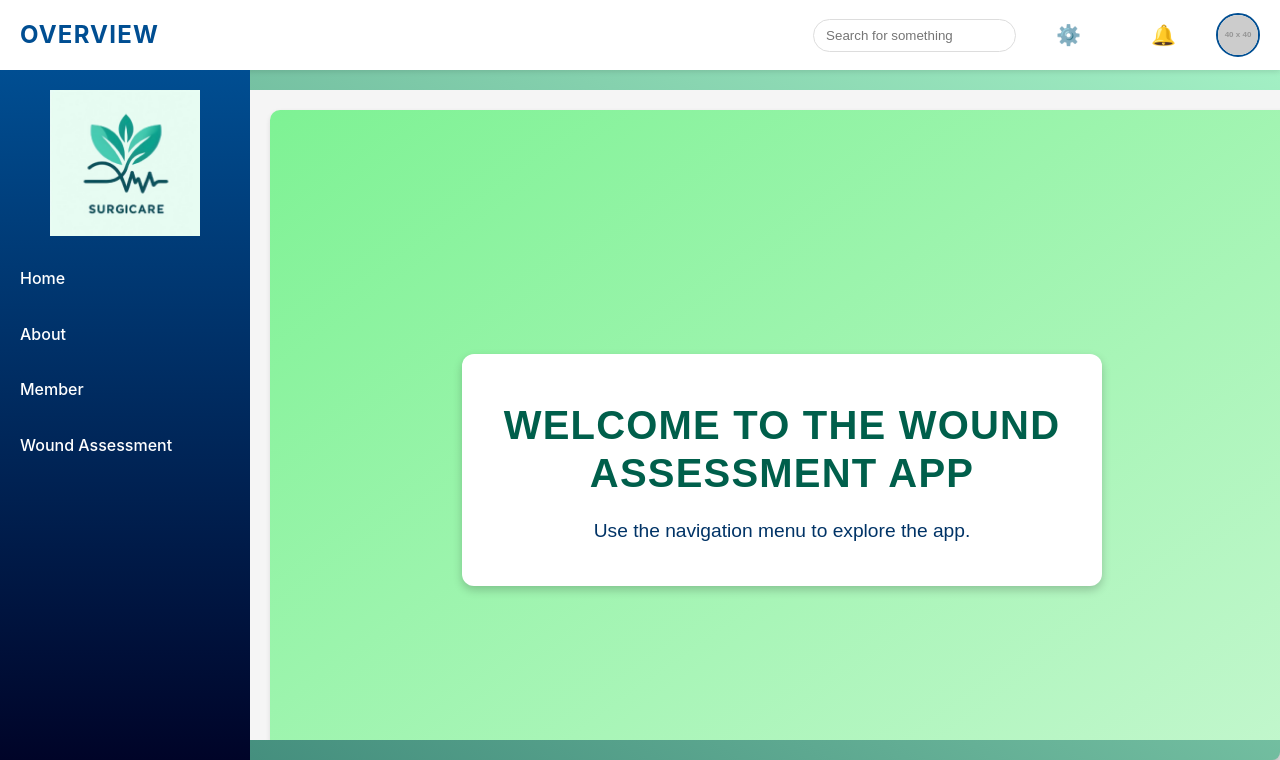
Repository: Jinwoo290350/Surgicare-Vue
Page: / (app in surgicare/)
The author's editor kept a copy of each file at every save. The page is drawn from the files as they stood at one save, then again after the next save.
The browser window is 1280 px wide. The pictures show the whole page.
The project was rebuilt for these pictures with package versions that can differ from the ones it lists, and the page was loaded fresh each time. Also part of the build but not shown: surgicare/vite.config.js, surgicare/src/views/About.vue, surgicare/src/views/Member.vue, surgicare/src/components/WoundAssessment.vue.

Above is the page before, as saved 2024-12-30 20:45:46.
Console error: TypeError: Cannot read properties of null (reading 'getContext')

### surgicare/index.html
<!doctype html>
<html lang="en">
  <head>
    <meta charset="UTF-8" />
    <link rel="icon" type="image/svg+xml" href="/vite.svg" />
    <meta name="viewport" content="width=device-width, initial-scale=1.0" />
    <title>Vite + Vue</title>
  </head>
  <body>
    <div id="app"></div>
    <script type="module" src="/src/main.js"></script>
  </script>
  <link href="https://fonts.googleapis.com/css2?family=Roboto:wght@400;500;700&display=swap" rel="stylesheet">

  <script type="text/javascript" src="./src/star.js"></script>
  </body>
</html>

### surgicare/src/main.js
import { createApp } from 'vue'
import './style.css'
import App from './App.vue'
import router from "./router";

createApp(App).use(router).mount("#app");

### surgicare/src/style.css
:root {
  font-family: Inter, system-ui, Avenir, Helvetica, Arial, sans-serif;
  line-height: 1.6;
  font-weight: 400;
  color-scheme: light dark;
  color: rgba(255, 255, 255, 0.87);
  background-color: #242424;
  font-synthesis: none;
  text-rendering: optimizeLegibility;
  -webkit-font-smoothing: antialiased;
  -moz-osx-font-smoothing: grayscale;
}

a {
  font-weight: 500;
  text-decoration: none;
  transition: color 0.3s ease-in-out;
}
a:hover {
  color: #4ca6a8; /* ใช้โทนสีเขียวฟ้าแทน */
}

body {
  margin: 0;
  display: flex;
  flex-direction: column;
  align-items: center;
  justify-content: center;
  min-width: 320px;
  min-height: 100vh;
  padding: 20px;
  background-color: #1e3c34;
  background-image: linear-gradient(to top right, #3a8476, #a8f5c8);
  background-repeat: no-repeat;
  border-radius: 8px;
  box-shadow: 0 8px 16px rgba(0, 0, 0, 0.4);
}

h1 {
  font-size: 3em;
  line-height: 1.2;
  color: #fff;
  text-transform: uppercase;
  letter-spacing: 1.2px;
  margin-bottom: 1em;
  transition: transform 0.3s ease-in-out;
}
h1:hover {
  transform: scale(1.1); /* เพิ่มเอฟเฟกต์ Hover */
}

button {
  border-radius: 10px;
  border: 2px solid transparent;
  padding: 0.8em 1.5em;
  font-size: 1em;
  font-weight: 600;
  background-color: #2a3f3b;
  color: #fff;
  cursor: pointer;
  transition: all 0.3s ease-in-out;
}
button:hover {
  border-color: #50c4b7;
  background-color: #344d47;
  transform: translateY(-3px);
}
button:focus,
button:focus-visible {
  outline: 4px solid #50c4b7;
}

.card {
  padding: 2.5em;
  background-color: #2e3d3a;
  border-radius: 12px;
  box-shadow: 0 6px 15px rgba(0, 0, 0, 0.5);
  transition: transform 0.3s ease-in-out, box-shadow 0.3s ease-in-out;
}
.card:hover {
  transform: translateY(-10px);
  box-shadow: 0 12px 20px rgba(0, 0, 0, 0.6);
}

#app {
  height: 100vh;
  width: 100vw;
  margin: 0;
  padding: 0;
  overflow: hidden;
}

/* Media Queries for Responsiveness */
@media (max-width: 768px) {
  body {
    padding: 15px;
  }

  h1 {
    font-size: 2.5em;
  }

  button {
    padding: 0.7em 1.2em;
    font-size: 0.95em;
  }

  .card {
    padding: 2em;
  }

  #app {
    padding: 1.5rem;
  }
}

@media (max-width: 480px) {
  h1 {
    font-size: 2em;
  }

  button {
    padding: 0.5em 1em;
    font-size: 0.9em;
  }

  .card {
    padding: 1.5em;
  }
}

/* Light Mode Styles */
@media (prefers-color-scheme: light) {
  :root {
    color: #1f2d2a;
    background-color: #ffffff;
  }
  a:hover {
    color: #57bdb3; /* โทนเขียวฟ้าสว่าง */
  }
  button {
    background-color: #f5f5f5;
    color: #1f2d2a;
    border-color: #50c4b7;
  }
  .card {
    background-color: #f9f9f9;
    box-shadow: 0 4px 8px rgba(0, 0, 0, 0.1);
  }
}

### surgicare/src/App.vue
<template>
  <div id="app" class="app-container">
    <header class="header">
      <h1>Overview</h1>
      <div class="header-tools">
        <input type="text" placeholder="Search for something" class="search-box" />
        <button class="settings-btn">⚙️</button>
        <button class="notifications-btn">🔔</button>
        <img src="https://via.placeholder.com/40" alt="Profile" class="profile-pic" />
      </div>
    </header>

    <div class="content-wrapper">
      <aside class="sidebar">
        <img src="/Users/frank/Vscode/Vue/surgicare/public/Icon_surgicare.png" alt="Logo" class="logo" />
        <nav class="menu">
          <router-link to="/" class="menu-item">Home</router-link>
          <router-link to="/about" class="menu-item">About</router-link>
          <router-link to="/member" class="menu-item">Member</router-link>
          <router-link to="/wound-assessment" class="menu-item">Wound Assessment</router-link>
        </nav>
      </aside>

      <main class="main-content">
        <router-view class="router-view" />
      </main>
    </div>
  </div>
</template>

<script>
export default {
  name: "DashboardPage",
};
</script>

<style scoped>
/* General Styles */
body {
  margin: 0;
  font-family: 'Poppins', Arial, sans-serif;
  height: 100vh;
  overflow: hidden;
}

.app-container {
  display: flex;
  flex-direction: column;
  height: 100vh;
}

/* Header Styling */
.header {
  position: fixed;
  top: 0;
  left: 0;
  right: 0;
  height: 70px;
  background: white;
  display: flex;
  justify-content: space-between;
  align-items: center;
  padding: 0 20px;
  box-shadow: 0 2px 5px rgba(0, 0, 0, 0.1);
  z-index: 1000;
}

.header h1 {
  font-size: 24px;
  color: #004e92;
  margin: 0;
}

.header-tools {
  display: flex;
  align-items: center;
}

.search-box {
  padding: 8px 12px;
  border: 1px solid #ddd;
  border-radius: 25px;
  margin-right: 10px;
  outline: none;
  transition: box-shadow 0.3s;
}

.search-box:focus {
  box-shadow: 0 0 10px rgba(0, 78, 146, 0.5);
}

.settings-btn,
.notifications-btn {
  background: none;
  border: none;
  font-size: 20px;
  color: #555;
  margin-right: 10px;
  cursor: pointer;
}

.profile-pic {
  width: 40px;
  height: 40px;
  border-radius: 50%;
  border: 2px solid #004e92;
}

/* Content Wrapper */
.content-wrapper {
  display: flex;
  flex: 1;
  margin-top: 70px; /* Offset for the header */
}

/* Sidebar Styling */
.sidebar {
  width: 250px;
  background: linear-gradient(to bottom, #004e92, #000428);
  color: white;
  padding: 20px 0;
  display: flex;
  flex-direction: column;
  align-items: center;
  height: calc(100vh - 70px);
  position: fixed;
  left: 0;
  top: 70px; /* Below the header */
  z-index: 1000;
}

.logo {
  width: 100%;
  max-width: 150px;
  margin-bottom: 20px;
}

.menu {
  width: 100%;
}

.menu-item {
  display: block;
  text-decoration: none;
  color: white;
  font-size: 16px;
  padding: 10px 20px;
  margin-bottom: 10px;
  border-radius: 8px;
  transition: background 0.3s, transform 0.3s;
}

.menu-item:hover {
  background: rgba(255, 255, 255, 0.2);
  transform: scale(1.05);
}

/* Main Content */
.main-content {
  flex: 1;
  margin-left: 250px; /* Offset for the sidebar */
  padding: 20px;
  background: #f5f5f5;
  overflow-y: auto;
}

.router-view {
  border-radius: 10px;
  box-shadow: 0 2px 5px rgba(0, 0, 0, 0.1);
}
</style>

### surgicare/src/router/index.js
import { createRouter, createWebHistory } from "vue-router";

// Importing views and components
import Home from "../views/Home.vue";
import About from "../views/About.vue";
import Member from "../views/Member.vue";
import WoundAssessment from "../components/WoundAssessment.vue";

// Define the route configurations
const routes = [
  {
    path: "/",
    name: "Home",
    component: Home,
    meta: {
      title: "Home -  Surgicare",
    },
  },
  {
    path: "/about",
    name: "About",
    component: About,
    meta: {
      title: "About - Surgicare",
    },
  },
  {
    path: "/member",
    name: "Member",
    component: Member,
    meta: {
      title: "Member - Surgicare",
    },
  },
  {
    path: "/wound-assessment",
    name: "WoundAssessment",
    component: WoundAssessment,
    meta: {
      title: "Wound Assessment - Surgicare",
    },
  },
];

// Create the router instance
const router = createRouter({
  history: createWebHistory(),
  routes,
  scrollBehavior(to, from, savedPosition) {
    // Scroll to top on route change, unless saved position exists
    if (savedPosition) {
      return savedPosition;
    } else {
      return { top: 0 };
    }
  },
});

// Global navigation guard for dynamic document titles
router.beforeEach((to, from, next) => {
  document.title = to.meta.title || "Default App Title";
  next();
});

export default router;

### surgicare/src/views/Home.vue
<template>
  <div class="home">
    <div class="content">
      <h1 class="title">Welcome to the Wound Assessment App</h1>
      <p class="description">Use the navigation menu to explore the app.</p>
    </div>
  </div>
</template>

<script>
export default {
  name: "Home",
};
</script>

<style scoped>
.home {
  display: flex;
  justify-content: center;
  align-items: center;
  height: 100vh; /* ใช้เต็มความสูงของ viewport */
  width: 80vw; /* ลดความกว้างของ container รวมถึงขอบด้านซ้ายและขวา */
  margin: 0 auto; /* Center horizontally */
  padding: 0;
  background: linear-gradient(to bottom right, #7ef294, #c6f7d0); /* Gradient สวยๆ */
  font-family: 'Arial', sans-serif;
  text-align: center;
  box-sizing: border-box;
  overflow: hidden; /* ซ่อน scrollbar */
}

.content {
  max-width: 600px; /* ขนาดสูงสุดของกล่องข้อความ */
  padding: 20px;
  background: #ffffff;
  border-radius: 12px; /* Rounded corners */
  box-shadow: 0 4px 10px rgba(0, 0, 0, 0.2); /* Subtle shadow */
}

.title {
  font-size: 2.5rem;
  font-weight: bold;
  color: #005f4b;
  margin-bottom: 15px;
}

.description {
  font-size: 1.2rem;
  color: #003366;
  font-weight: 300;
}

html, body {
  margin: 0;
  padding: 0;
  height: 100%; /* เต็มหน้าจอ */
  width: 100%; /* เต็มหน้าจอแนวกว้าง */
  overflow: hidden; /* ปิดการเลื่อน */
  box-sizing: border-box;
}
</style>

### surgicare/src/star.js
const canvas = document.querySelector('canvas')
const c = canvas.getContext('2d')

canvas.width = innerWidth
canvas.height = innerHeight

window.addEventListener("resize", function() {
    canvas.width = window.innerWidth;
    canvas.height = window.innerHeight;
    init()
})
function Star(x, y, radius, color) {
    this.x = x
    this.y = y
    this.radius = radius
    this.color = color
    this.velocity = {
        x: (Math.random() - 0.5) * 8,
        y: 3
    }
    this.friction = 0.8
    this.gravity = 1
}

Star.prototype.draw = function() {
    c.save()
    c.beginPath()
    c.arc(this.x, this.y, this.radius, 0, Math.PI * 2, false)
    c.fillStyle = this.color
    c.shadowColor = '#E3EAEF'
    c.shadowBlur = 20
    c.fill()
    c.closePath()
    c.restore()
}

Star.prototype.update = function() {
    this.draw()

    //When ball hits bottom of screen
    if(this.y + this.radius + this.velocity.y > canvas.height - groundHeight){
        this.velocity.y = -this.velocity.y * this.friction
        this.shatter()
    }
    else{
        this.velocity.y += this.gravity
    }

    //Hits side of screen
    if(this.x + this.radius + this.velocity.x > canvas.width || this.x - this.radius <= 0){
        this.velocity.x = -this.velocity.x * this.friction
        this.shatter()
    }

    this.x += this.velocity.x
    this.y += this.velocity.y

}

Star.prototype.shatter = function(){
    this.radius -= 3
    for(let i = 0; i < 8; i++){
        miniStars.push(new MiniStar(this.x, this.y, 2))
    }

}

function MiniStar(x, y, radius, color){
    Star.call(this, x, y, radius, color)
    this.velocity = {
        x: (Math.random() - 0.5) * 10,
        y: (Math.random() - 0.5) * 30
    }
    this.friction = 0.8
    this.gravity = 0.1
    this.ttl = 100
    this.opacity = 1
}

MiniStar.prototype.draw = function() {
    c.save()
    c.beginPath()
    c.arc(this.x, this.y, this.radius, 0, Math.PI * 2, false)
    c.fillStyle = `rgba(227,234, 239, ${this.opacity})`
    c.shadowColor = '#E3EAEF'
    c.shadowBlur = 20
    c.fill()
    c.closePath()
    c.restore()
}

MiniStar.prototype.update = function() {
    this.draw()

    if(this.y + this.radius + this.velocity.y > canvas.height - groundHeight){
        this.velocity.y = -this.velocity.y * this.friction
    }
    else{
        this.velocity.y += this.gravity
    }

    this.x += this.velocity.x
    this.y += this.velocity.y
    this.ttl -= 1
    this.opacity -= 0.0001 * this.ttl
}

function creatMountainRange(mountainAmount, height, color){
    for(let i = 0; i < mountainAmount; i++){
        const mountainWidth = canvas.width / mountainAmount
        c.beginPath()
        c.moveTo(i * mountainWidth, canvas.height)
        c.lineTo(i * mountainWidth + mountainWidth + 0.2*canvas.height, canvas.height)
        c.lineTo(i * mountainWidth + mountainWidth / 2, canvas.height - height)
        c.lineTo(i * mountainWidth - 0.2*canvas.height, canvas.height)
        c.fillStyle = color
        c.fill()
        c.closePath()
    }
}

// Implementation
const backgroundGradient = c.createLinearGradient(0, 0, canvas.width, canvas.height)
backgroundGradient.addColorStop(0, '#171e26')
backgroundGradient.addColorStop(1, '#3f586b')

let stars
let miniStars
let backgroundStars
let ticker = 0
let randomSpawnRate = 75
const groundHeight = 0.09 * canvas.height
let inf = 1e9
function init() {
    stars = []
    miniStars = []
    backgroundStars = []

    for(let i = 0; i < 200; i++){
        const x = Math.random() * canvas.width
        const y = Math.random() * canvas.height
        const radius = Math.random() * 3
        backgroundStars.push(new Star(x, y, radius, 'white'))
    }
}

// Animation Loop
function animate() {
    c.clearRect(0, 0, 0, canvas.height)
    c.fillStyle = backgroundGradient
    c.fillRect(0, 0, canvas.width, canvas.height)

    backgroundStars.forEach(backgroundStar => {
        backgroundStar.draw()
    })

    if(flag) creatMountainRange(1, canvas.height * 0.7, '#384551')
    if(flag) creatMountainRange(2, canvas.height * 0.6, '#2B3843')
    if(flag) creatMountainRange(3, canvas.height * 0.4, '#26333E')
    c.fillStyle = '#182028'
    c.fillRect(0, canvas.height - groundHeight, canvas.width, groundHeight)
    stars.forEach((star, index) => {
        star.update();
        if(star.radius == 0){
            stars.splice(index, 1)
        }
    });

    miniStars.forEach((miniStar, index) => {
        miniStar.update();
        if(miniStar.ttl == 0){
            miniStars.splice(index, 1)
        }
    });

    ticker++
    if(ticker >= inf){
        ticker = 0
    }
    if(ticker % randomSpawnRate == 0){
        const radius = 9
        const x = Math.max(radius, Math.random() * canvas.width - radius)
        stars.push(new Star(x, -100, 9, '#E3EAEF'))
        randomSpawnRate = Math.floor(Math.random() * (200 - 125 + 1) + 125)
    }

    requestAnimationFrame(animate)
}

init()
animate()

After the next save:
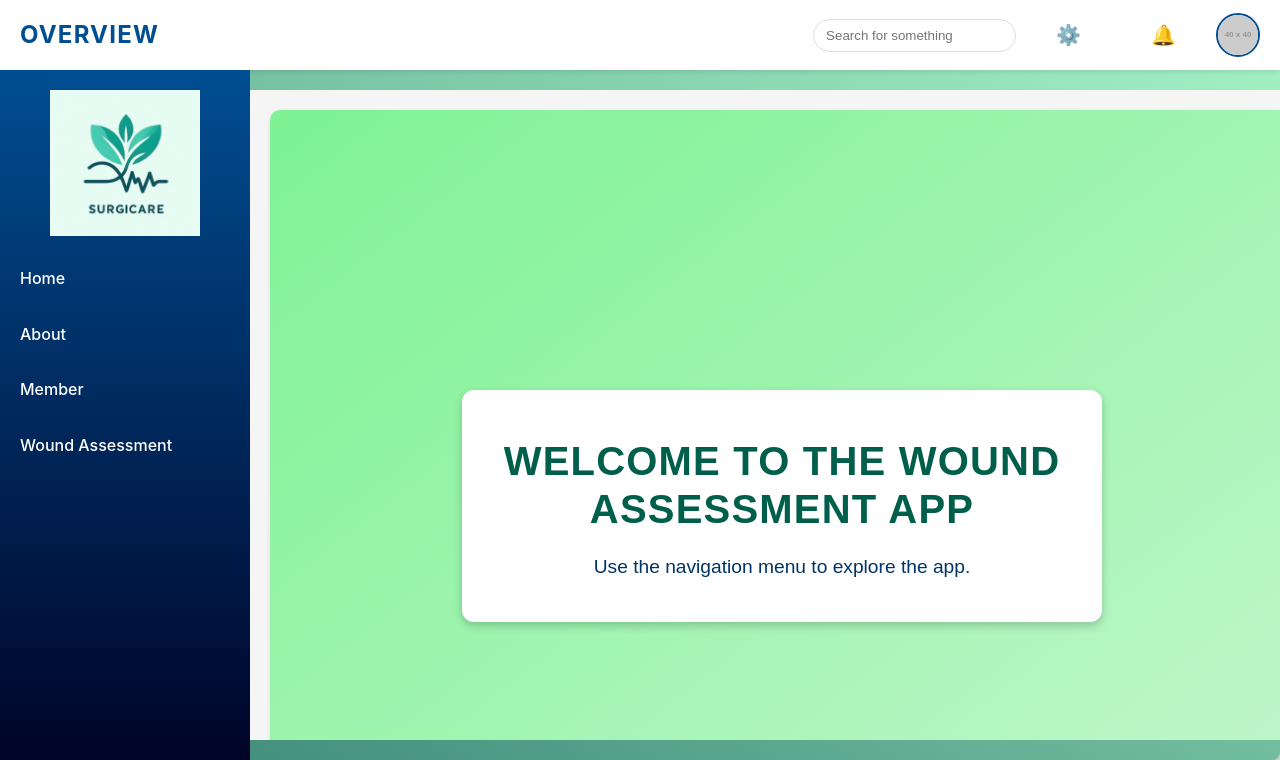
Saved 12 s later.
--- a/surgicare/src/views/Home.vue
+++ b/surgicare/src/views/Home.vue
@@ -18,7 +18,7 @@ export default {
   display: flex;
   justify-content: center;
   align-items: center;
-  height: 100vh; /* ใช้เต็มความสูงของ viewport */
+  height: 110vh; /* ใช้เต็มความสูงของ viewport */
   width: 80vw; /* ลดความกว้างของ container รวมถึงขอบด้านซ้ายและขวา */
   margin: 0 auto; /* Center horizontally */
   padding: 0;
